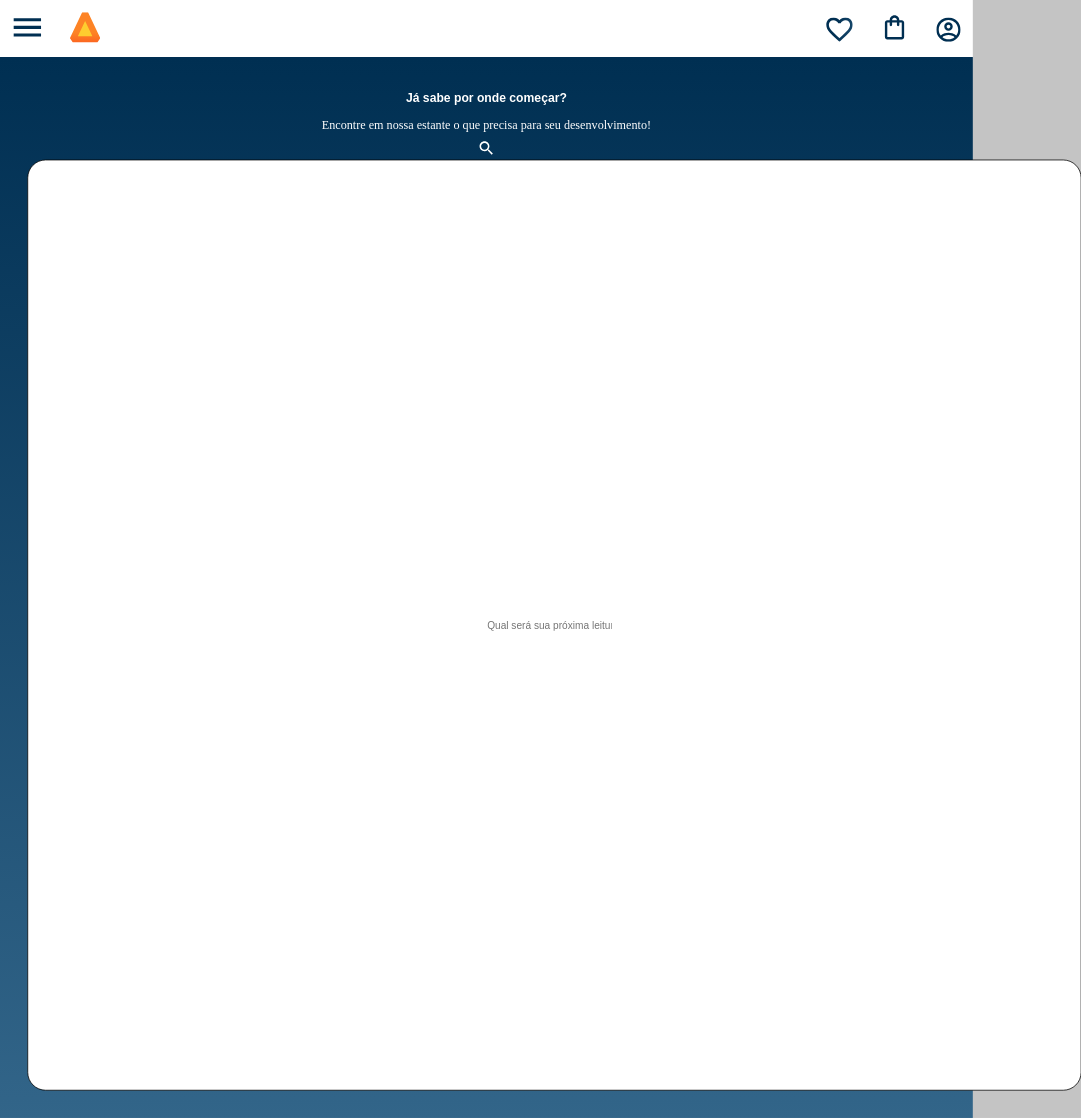
Repository: DamnDTX/projeto-mobile
Page: index.html
The author's editor kept a copy of each file at every save. The page is drawn from the files as they stood at one save, then again after the next save.
The browser window is 1280 px wide. The page is 1423 px wide, then 1280 px, so the pictures cover 1423 px, including what lies to the right of the window. The pictures show the whole page, at 76% of full size.

Above is the page before, as saved 2023-07-28 09:42:27.

After the next save:
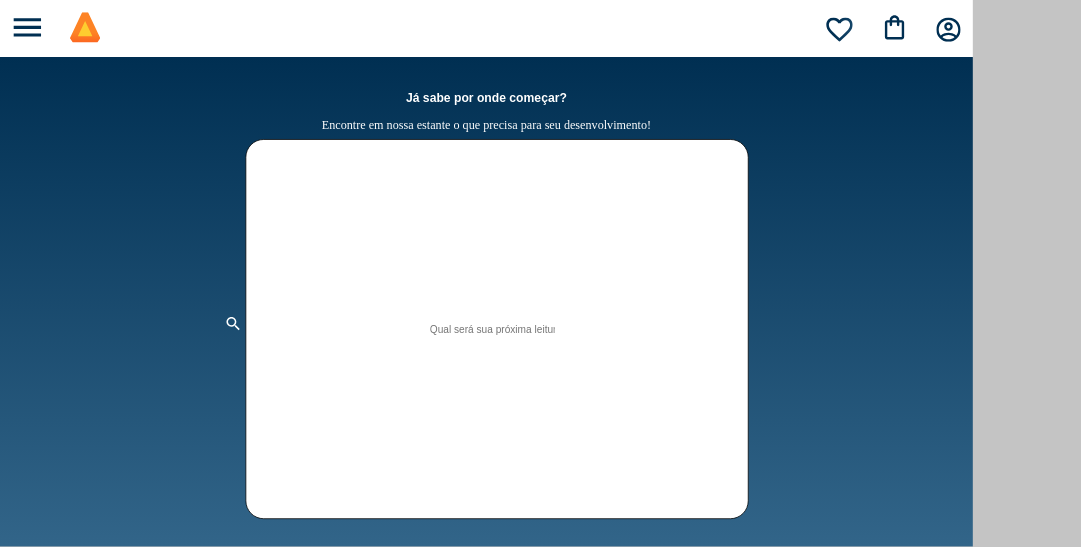
Saved 7 s later.
--- a/styles/banner.css
+++ b/styles/banner.css
@@ -36,5 +36,5 @@
 .banner__pesquisa{
     border: 1px solid;
     border-radius: 24px;
-    padding: 50%;
+    padding: 20%;
 }
